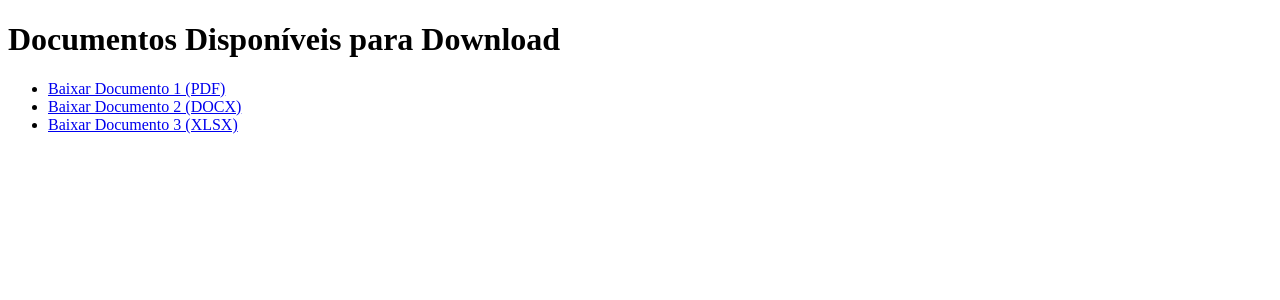
Repository: JamesOliveira1/Project-MastroWebSite
Page: assets/contents/documents.html
The author's editor kept a copy of each file at every save. The page is drawn from the files as they stood at one save, then again after the next save.
The browser window is 1280 px wide. The pictures show the whole page.

Above is the page before, as saved 2025-06-30 13:11:26.

### assets/contents/documents.html
<!DOCTYPE html>
<html lang="pt-BR">
<head>
    <meta charset="UTF-8">
    <title>Documentos para Download</title>
</head>
<body>
    <h1>Documentos Disponíveis para Download</h1>
    <ul>
        <li><a href="documento1.pdf" download>Baixar Documento 1 (PDF)</a></li>
        <li><a href="documento2.docx" download>Baixar Documento 2 (DOCX)</a></li>
        <li><a href="documento3.xlsx" download>Baixar Documento 3 (XLSX)</a></li>
    </ul>
</body>
</html>

After the next save:
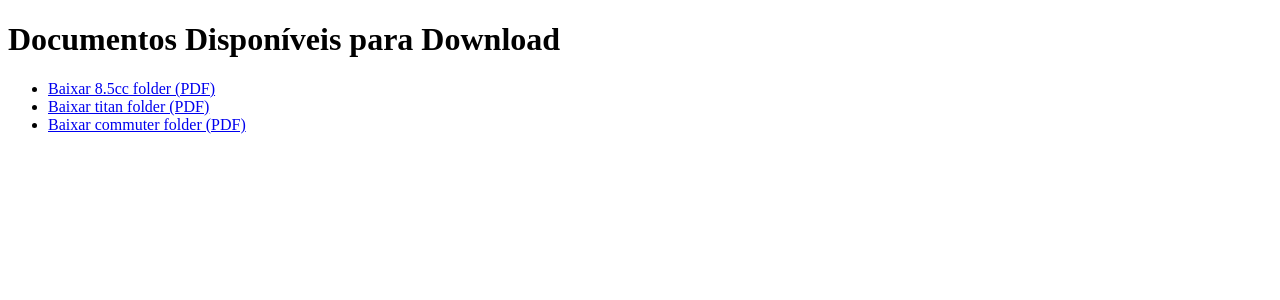
Saved 84 s later.
--- a/assets/contents/documents.html
+++ b/assets/contents/documents.html
@@ -7,9 +7,9 @@
 <body>
     <h1>Documentos Disponíveis para Download</h1>
     <ul>
-        <li><a href="documento1.pdf" download>Baixar Documento 1 (PDF)</a></li>
-        <li><a href="documento2.docx" download>Baixar Documento 2 (DOCX)</a></li>
-        <li><a href="documento3.xlsx" download>Baixar Documento 3 (XLSX)</a></li>
+        <li><a href="./85cc.pdf" download>Baixar 8.5cc folder (PDF)</a></li>
+        <li><a href="./titancc.pdf" download>Baixar titan folder (PDF)</a></li>
+        <li><a href="./commuter.pdf" download>Baixar commuter folder (PDF)</a></li>
     </ul>
 </body>
 </html>
